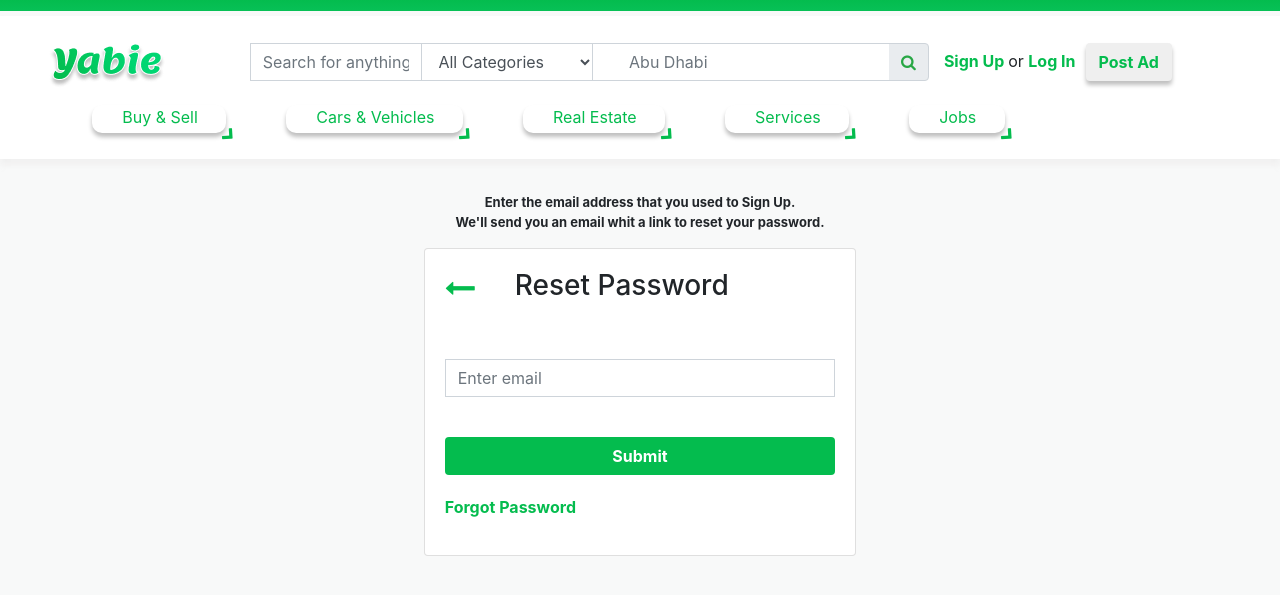
Repository: muazzamkha95/yabie
Page: forgot-password.html
The author's editor kept a copy of each file at every save. The page is drawn from the files as they stood at one save, then again after the next save.
The browser window is 1280 px wide. The pictures show the whole page.

Above is the page before, as saved 2020-07-09 16:01:49.
Console error: TypeError: Cannot read properties of undefined (reading 'fn')

### forgot-password.html
<!DOCTYPE html>
<html lang="en">
<head>
    <meta charset="UTF-8">
    <meta name="viewport" content="width=device-width, initial-scale=1.0">
    <title>SignUp Page</title>

    <link rel="stylesheet" href="https://maxcdn.bootstrapcdn.com/bootstrap/4.0.0/css/bootstrap.min.css" integrity="sha384-Gn5384xqQ1aoWXA+058RXPxPg6fy4IWvTNh0E263XmFcJlSAwiGgFAW/dAiS6JXm" crossorigin="anonymous">
    <link rel="stylesheet" href="https://stackpath.bootstrapcdn.com/font-awesome/4.7.0/css/font-awesome.min.css" integrity="sha384-wvfXpqpZZVQGK6TAh5PVlGOfQNHSoD2xbE+QkPxCAFlNEevoEH3Sl0sibVcOQVnN" crossorigin="anonymous">
    <link href="css/main.css"  rel="stylesheet"></link>


</head>
<body>
        <div class="topBar"></div>
        <nav class="navbar">
            <div class="maincontainer">
                <div class="row">
                        <div class="col-md-2">
                            <img src="images/YabieLogo.png" alt="Yabie Logo" class="logo"/>
                        </div>
                        <div class="col-md-7">
                            <form class="form-inline" action="#">
                                <div class="input-group">
                                    <input type="text" class="form-control" placeholder="Search for anything" required>
                                    <select class="form-control border-right-0" required>
                                        <option>All Categories</option>
                                        <option value="a">A</option>
                                        <option value="b">B</option>
                                    </select>
                                    <div class="input-group">
                                        <div class="input-group-append">
                                            <span class="input-group-text bg-white text-success border-right-0"><i class="fa fa-map-marker-alt"></i></span>
                                        </div>
                                        <input type="text" class="form-control border-left-0 border-right-0" placeholder="Abu Dhabi" required>
                                        <div class="input-group-append">
                                            <button type="submit" class="input-group-text"><i class="fa fa-search text-success"></i></button>
                                        </div>
                                    </div>
                                </div>
                            </form>
                        </div>
                        <div class="col-md-3" >
                            <div class="row text-center">
                                <span style="padding-top: 6px;">
                                    <span class="btext"> Sign Up </span>  or <span class="btext">Log In</span>
                                </span>

                                <button class="btn btn-default btext pull-right boxshadow" style="margin-left: 10px;">Post Ad</button>
                            </div>
                        </div>

                </div>
                <div class="row mt-3" >
                    <span class="categoryTab">Buy & Sell <i class="keyboard_arrow_down_24px_rounded fa fa-chevron-right "></i></span>
                    <span class="categoryTab">Cars & Vehicles  <i class="keyboard_arrow_down_24px_rounded fa fa-chevron-right "></i></span>
                    <span class="categoryTab">Real Estate <i class="keyboard_arrow_down_24px_rounded fa fa-chevron-right "></i></span>
                    <span class="categoryTab">Services <i class="keyboard_arrow_down_24px_rounded fa fa-chevron-right "></i></span>
                    <span class="categoryTab">Jobs <i class="keyboard_arrow_down_24px_rounded fa fa-chevron-right "></i></span>
                </div>
            </div>
        </nav>

        <main  role="main" class="mainSection">
            <div class="container d-flex justify-content-center" >
                    <div class="col-md-5">
                        <p style="font-size:small; font-weight: bold;" class="text-center">Enter the email address that you used to Sign Up.<br> We'll send you an email whit a link to reset your password.</p>
                        <div class="card" style="padding: 20px;">
                            <div class="row">
                                <div class="col-md-2">
                                    <a href="login.html"><i class="fa fa-long-arrow-left back-arr mt-1"></i></a>
                                </div>
                                <div class="col-md-10 ">
                                    <h3>Reset Password</h3>
                                </div>
                            </div>
                            <div class="row">
                                <div class="col-md-12">
                                    <form action="/action_page.php">
                                        <br/>
                                        <br/>
                                        <div class="form-group">
                                          <input type="email" class="form-control" id="email" placeholder="Enter email" name="email">
                                        </div>
                                        <br/>

                                        <button type="submit" class="btn btn-default login-btn">Submit</button>

                                        <div class="form-group" style="margin-top: 20px;">
                                            <a href="#">Forgot Password</a>
                                          </div>
                                      </form>
                                </div>
                            </div>
                        </div>
                    </div>

            </div>

        </main>


</body>
<script src="https://maxcdn.bootstrapcdn.com/bootstrap/4.0.0/js/bootstrap.min.js" integrity="sha384-JZR6Spejh4U02d8jOt6vLEHfe/JQGiRRSQQxSfFWpi1MquVdAyjUar5+76PVCmYl" crossorigin="anonymous"></script>
<script src="js/main.js" type="text/javascript"></script>
</html>

### css/main.css
/* Body */
*{
    padding: 0;
    margin: 0;
}
body{
    background: #F8F9F9;

}
a{
    color: #04BC4E;
    text-decoration: none;
    font-weight: bold;
}
a:hover{
    color: ;
}

/* Main navbar css */

.topBar{

    position: absolute;
    width: 100%;
    height: 11px;
    left: 0px;
    top: 0px;

    background: linear-gradient(180deg, #04BC4E 0%, #15D57B 537.5%);
}


nav{
    position: absolute;
    width: 100%;
    height: 143px;
    left: 0px;
    top: 16px;
    background: #FFFFFF;
    box-shadow: 0px 6px 6px rgba(219, 214, 214, 0.25);
    padding-top: 20px;
}

.maincontainer{
    width: 95%;
    margin-left:auto;
    margin-right: auto;
}

.logo{
    height: 100;
}
.btext{
    font-weight: bold;
    color: #04BC4E;
}
.light-text{
    color:lightgray;
}
.light-note-text{
    font-size: 12px;
    color:lightgray;
}

.boxshadow{
    box-shadow: 0px 4px 4px rgba(0, 0, 0, 0.25);
}

.categoryTab{
    display: inline;
    box-shadow: 0px 4px 4px rgba(0, 0, 0, 0.25);
    background-color: #FFFFFF;
    color: #04BC4E;
    border-radius: 10px;
    margin-left: 60px;
    padding-left: 30px;


}
.keyboard_arrow_down_24px_rounded{
    position: relative;
    width: 24px;
    height: 24px;
    left:17px;
    top: 22px;
    transform: rotate(41.5deg);

}

/* Main section  */

.mainSection{
    width: 90%;
    margin-left: auto;
    margin-right: auto;
    margin-top: 50px;



}


.sectionTitle{

    font-family:sans-serif;
    font-style: normal;
    font-weight: 500;
    font-size: 24px;
    line-height: 29px;

    color: #3E4153;
}
.sectionSeeAll{
    color: #04BC4E;
    margin-right: 20px;
}
/* Ad card  */

.adcard{
    background: #FFFFFF;
    padding: 10px;
    margin-right: 21.85px;
    width: 177px;
}
.adTitle{
    font-family: sans-serif;
    font-style: normal;
    font-weight: bold;
    font-size: 16px;
    line-height: 19px;
    color: #000000;
    margin-top: 20px;
}
.adPrice{
    position: relative;
    width: 81px;
    height: 33px;
    left: -160px;
    top: 60px;
    padding: 5px;

    background: #4F4A4A;
    mix-blend-mode: hard-light;
    border-radius: 0px 10px 10px 0px;
    z-index: 999;
}

/* Login Page */

.mainSectionLogin{

    height: 100vh;
    background: linear-gradient(257.12deg, #04BC4E 56.95%, #15D57B 84.28%);
}
.login-btn{
    width: 100%;
    background-color:  #04BC4E;
    color: white;
    font-weight: bold;
}

input{
    border-radius: 0 !important;
    /* margin: 40px 0px 40px 0px; */
}

/* Email Confirmation Page */
.confirm-head{
    background: linear-gradient(180deg, #04BC4E 15.92%, #15D57B 113.67%);
    height: 87px;
}
.confirm-body{
    background:#FFFFFF;
    height: 60vh;
    padding: 50px 20px 50px 20px;
}

.confirm-head > h2{
    color: white;
    padding-top: 20px;
}

.back-arr{
    font-size: 30px;
    color:#04BC4E;
}

Loaded but not shown: js/main.js (no stored copy; drawn as an empty file)

After the next save:
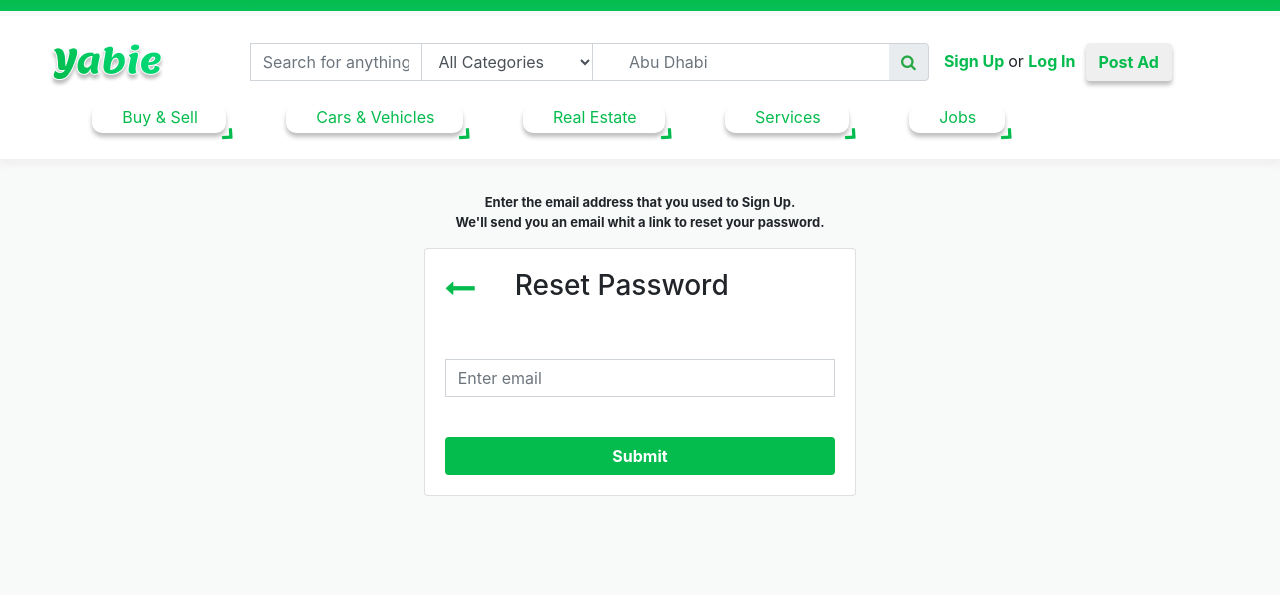
Saved 12 s later.
--- a/forgot-password.html
+++ b/forgot-password.html
@@ -85,10 +85,6 @@
                                         <br/>
 
                                         <button type="submit" class="btn btn-default login-btn">Submit</button>
-
-                                        <div class="form-group" style="margin-top: 20px;">
-                                            <a href="#">Forgot Password</a>
-                                          </div>
                                       </form>
                                 </div>
                             </div>
